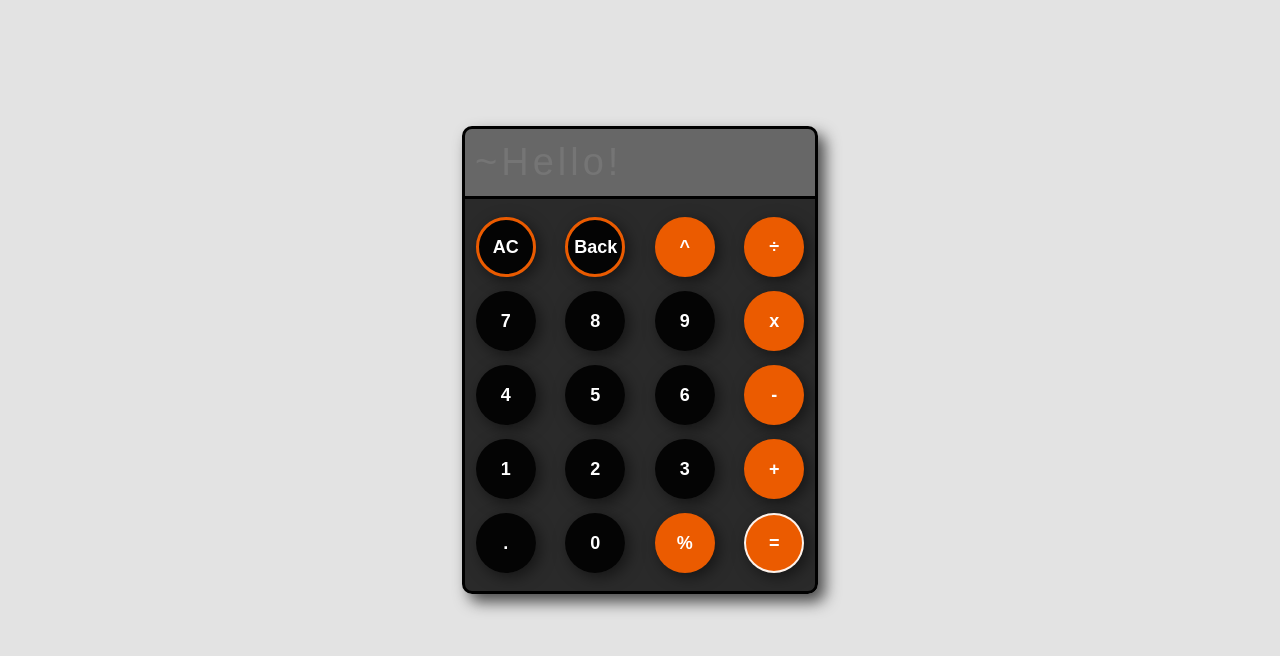
Repository: SakthivelDurai47/calculator
Page: index.html
An editor plug-in stored every save of this project. The page is shown before and after the next save, followed by the edit.
The browser window is 1280 px wide. The pictures show the whole page.

Above is the page before, as saved 2025-04-13 17:08:41.

### index.html
<!DOCTYPE html>
<html lang="en">
  <head>
    <meta charset="UTF-8" />
    <meta name="viewport" content="width=device-width, initial-scale=1.0" />
    <title>Calculator</title>
    <link rel="stylesheet" href="styles.css" />
    <meta name="author" content="Sakthivel Durai S" />
  </head>
  <body>
    <audio id="clickSound" src="tap.mp3" preload="auto"></audio>
    <div id="calculator">
      <input id="display" readonly placeholder="~Hello!" />
      <div id="buttons">
        <button onclick="clearDisplay()" class="control">AC</button>
        <button onclick="removeFromDisplay()" class="control">Back</button>
        <button onclick="addToDisplay('**')" class="operator">^</button>
        <button onclick="addToDisplay('/')" class="operator">÷</button>
        <button onclick="addToDisplay('7')">7</button>
        <button onclick="addToDisplay('8')">8</button>
        <button onclick="addToDisplay('9')">9</button>
        <button onclick="addToDisplay('*')" class="operator">x</button>
        <button onclick="addToDisplay('4')">4</button>
        <button onclick="addToDisplay('5')">5</button>
        <button onclick="addToDisplay('6')">6</button>
        <button onclick="addToDisplay('-')" class="operator">-</button>
        <button onclick="addToDisplay('1')">1</button>
        <button onclick="addToDisplay('2')">2</button>
        <button onclick="addToDisplay('3')">3</button>
        <button onclick="addToDisplay('+')" class="operator">+</button>
        <button onclick="addToDisplay('.')">.</button>
        <button onclick="addToDisplay('0')">0</button>
        <button onclick="addToDisplay('%')" class="operator">%</button>
        <button onclick="calculate()" class="operator result">=</button>
      </div>
    </div>
    <script src="index.js"></script>
  </body>
</html>

### styles.css
body {
  margin: 0;
  display: flex;
  justify-content: center;
  align-items: center;
  height: 100vh;
  background-color: rgb(227, 227, 227);
}
#buttons {
  display: grid;
  grid-template-columns: repeat(4, 1fr);
  gap: 8px;
  align-items: center;
  justify-items: center;
}
button {
  width: 60px;
  height: 60px;
  border-radius: 30px;
  border: none;
  background-color: rgba(0, 0, 0, 0.9);
  color: white;
  font-size: large;
  font-weight: bold;
  margin: 3px;
  margin-left: 10px;
  margin-right: 10px;
  box-shadow: 4px 4px 15px rgba(0, 0, 0, 0.5);
  cursor: pointer;
}
button:hover {
  background-color: rgba(255, 255, 255, 0.3);
}
button:active {
  background-color: rgba(255, 255, 255, 0.1);
}
.control {
  border: 3px solid #eb5b00;
}
.operator {
  background-color: #eb5b00;
}
.operator:hover {
  background-color: rgba(235, 91, 0, 0.3);
}
.operator:active {
  background-color: rgba(235, 91, 0, 0.1);
}
#calculator {
  width: 350px;
  height: auto;
  background-color: rgba(0, 0, 0, 0.817);
  border-radius: 10px;
  box-shadow: 7px 8px 15px rgba(0, 0, 0, 0.678);
  overflow: hidden;
  padding-bottom: 15px;
  border: 3px solid black;
}
#display {
  width: 100%;
  height: 70px;
  margin-bottom: 15px;
  border: none;
  background-color: rgba(137, 137, 137, 0.642);
  color: rgb(13, 13, 15);
  font-size: 38px;
  letter-spacing: 4px;
  padding: 10px;
  border-bottom: 3px solid black;
  box-sizing: border-box;
}

.result {
  border: 2px solid rgba(255, 255, 255, 0.92);
}

### index.js
const display = document.getElementById("display");
let preValue = [""];
let errors = false;

function addToDisplay(input) {
  playClickSound();
  if (!errors) {
    if (display.value === "0") {
      display.value = "";
    }
    display.value += input;
    preValue.push(display.value);
    display.scrollLeft = display.scrollWidth + 20;
  } else {
    display.value = "";
    preValue = [""];
    errors = false;
    addToDisplay(input);
  }
}

function clearDisplay() {
  playClickSound();
  display.value = "";
  preValue = [""];
  errors = false;
}

function removeFromDisplay() {
  playClickSound();
  if (preValue.length >= 1) {
    display.value = preValue[preValue.length - 1];
    preValue.pop();
  }
}

function calculate() {
  playClickSound();
  try {
    display.value = eval(display.value);
    if (display.value == Infinity) {
      throw new Error();
    }
  } catch (error) {
    display.value = "error";
    errors = true;
  }
}
function playClickSound() {
  const clickSound = document.getElementById("clickSound");
  clickSound.currentTime = 0;
  clickSound.play();
}

After the next save:
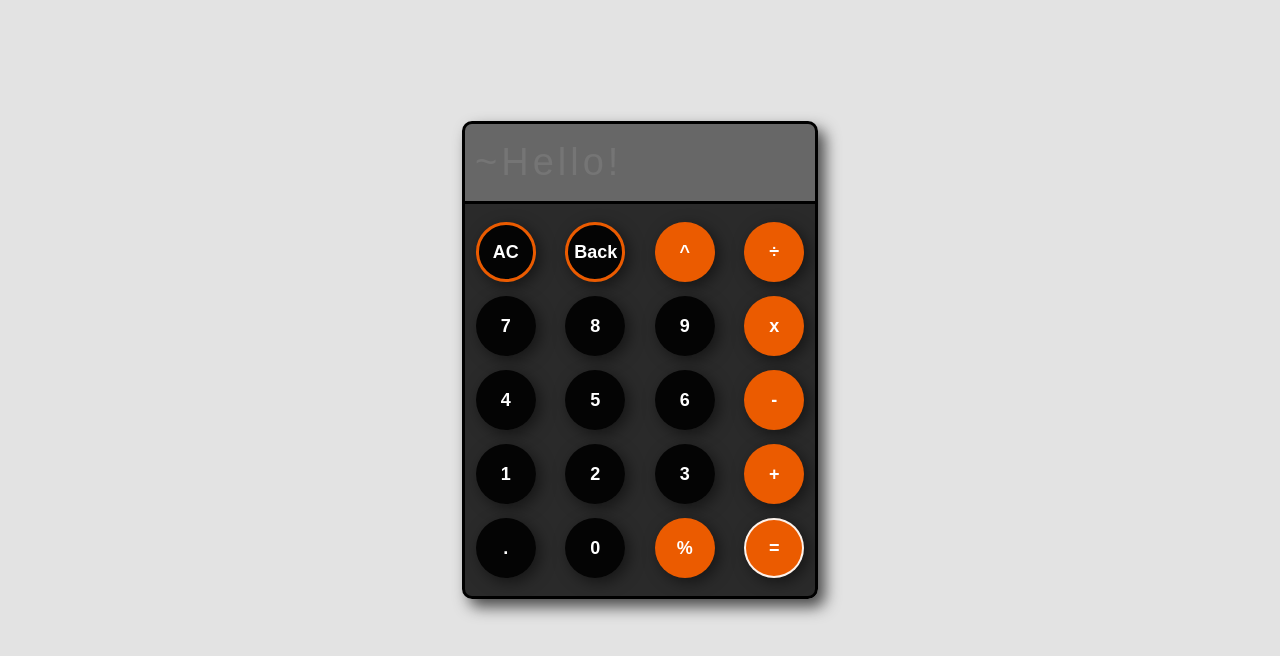
Saved 22 s later.
--- a/styles.css
+++ b/styles.css
@@ -58,7 +58,7 @@ button:active {
 }
 #display {
   width: 100%;
-  height: 70px;
+  height: 80px;
   margin-bottom: 15px;
   border: none;
   background-color: rgba(137, 137, 137, 0.642);
